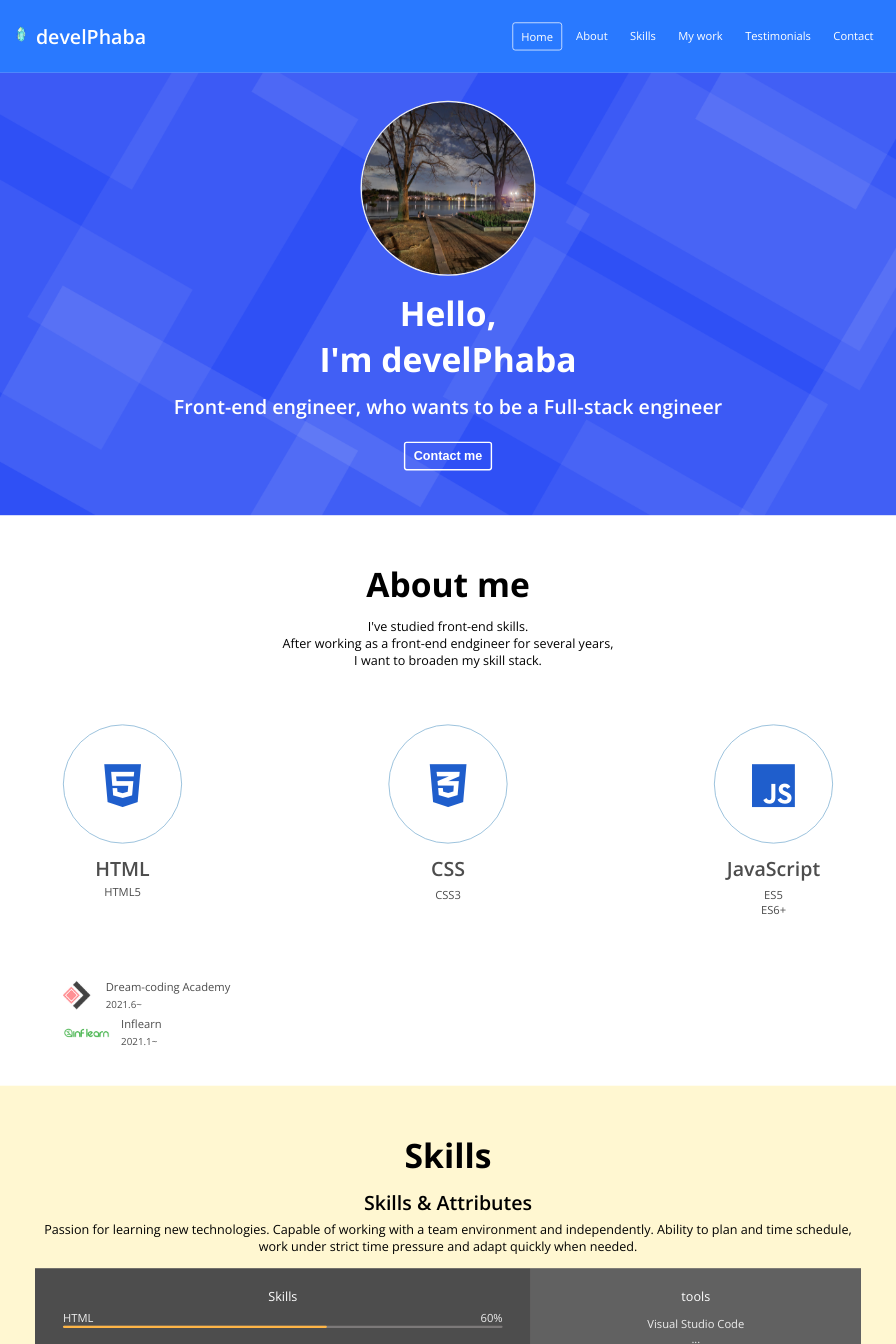
Repository: delphkim/portfolio
Page: index.html
These files come from the project's save history. The page is drawn as it stood at one moment and after the next save; the edit follows.
The browser window is 1280 px wide. The pictures show the part of the page from y = 0 to 1920 px (the page is 4158 px tall), at 70% of full size.
Some web libraries are served in a nearby version.

Above is the page before, as saved 2021-08-04 19:22:58.

### index.html
<!DOCTYPE html>
<html lang="en">
  <head>
    <meta charset="UTF-8" />
    <meta http-equiv="X-UA-Compatible" content="IE=edge" />
    <meta name="viewport" content="width=device-width, initial-scale=1.0" />
    <title>DevelPhaba's Portfolio</title>
    <meta name="description" content="Portfolio for world-reknowned software engineer develPhaba"/>
    <meta name="author" content="develPhaba" />
    <link rel="icon" type="img/png" href="./imgs/favicon.png">
    <script src="https://kit.fontawesome.com/d2b892ca94.js" crossorigin="anonymous"></script>
    <link rel="preconnect" href="https://fonts.googleapis.com" />
    <link rel="preconnect" href="https://fonts.gstatic.com" crossorigin />
    <link href="https://fonts.googleapis.com/css2?family=Open+Sans:wght@400;600;700&display=swap" rel="stylesheet"/>
    <!-- CSS rules to specify families -->
    <!-- 1. font-family: 'Open Sans', sans-serif;  -->
    <link rel="stylesheet" href="./style.css">
    <script src="./main.js" defer></script>
  </head>
  <body>
    <!-- Navbar -->
    <nav id="navbar">
      <div class="navbar__logo">
        <img class="navbar__icon" src="./imgs/favicon.png" alt="logo">
        <a href="#">develPhaba</a>
      </div>

        <ul class="navbar__menu">
          <li class="navbar__menu__item active">Home</li>
          <li class="navbar__menu__item">About</li>
          <li class="navbar__menu__item">Skills</li>
          <li class="navbar__menu__item">My work</li>
          <li class="navbar__menu__item">Testimonials</li>
          <li class="navbar__menu__item">Contact</li>
        </ul>

    </nav>
    <!-- Home -->
    <section id="home">
      <img src="./imgs/home.jpg"
           alt="develPhabas' profile photo"
           class="home__avatar">
           <h1 class="home__title">Hello, <br>I'm develPhaba</br></h1>
           <h2 class="home__description">Front-end engineer, who wants to be a Full-stack engineer </h2>
           <button class="home__contact">Contact me</button>
    </section>
    <!-- About -->
    <section id="about" class="section section__container">
      <h1>About me</h1>
      <p>I've studied front-end skills.
        <br>After working as a front-end endgineer for several years,
        <br>I want to broaden my skill stack.
      </p>
      <div class="about__majors">
        <div class="major">
          <div class="major__icon">
            <i class="fab fa-html5"></i>
          </div>
          <h2 class="major__title">HTML</>
          <p class="major__description">HTML5</p>
        </div>
        <div class="major">
            <div class="major__icon">
              <i class="fab fa-css3-alt"></i>
            </div>
            <h2 class="major__title">CSS</h2>
            <p class="major__description">CSS3</p>
        </div>
        <div class="major">
          <div class="major__icon">
            <i class="fab fa-js"></i>
          </div>
          <h2 class="major__title">JavaScript</h2>
          <p class="major__description">ES5<br>ES6+</p>
        </div>
      </div>
      <div class="about__schools">
        <div class="school">
          <img src="./imgs/schools/dream-coding.png" alt="dream-coding" class="school__logo">
          <div class="school__description">
             <p class="school__title">Dream-coding Academy</p>
             <p class="school__years">2021.6~</p>
          </div>
        </div>
        <div class="school">
          <img src="./imgs/schools/inflearn.png" alt="inflearn" class="school__logo">
          <div class="school__description">
             <p class="school__title">Inflearn</p>
             <p class="school__years">2021.1~</p>
          </div>
        </div>
      </div>

    </section>
    <!-- Skills -->
     <section id="skills" class="section">
       <div class="section__container">
           <h1>Skills</h1>
  <h2>Skills & Attributes</h2>
  <p>
    Passion for learning new technologies. Capable of working with a team environment
    and independently. Ability to plan and time schedule, work under
    strict time pressure and adapt quickly when needed.
  </p>
  <div class="skillset">
    <div class="skillset__left">
      <h3 class="skillset__title">Skills</h3>
      <div class="skill">
        <div class="skill__description">
          <span>HTML</span>
          <span>60%</span>
        </div>
        <div class="skill__bar">
          <div class="skill__value" style="width: 60%"></div>
        </div>
      </div>
      <div class="skill">
        <div class="skill__description">
          <span>CSS</span>
          <span>65%</span>
        </div>
        <div class="skill__bar">
          <div class="skill__value" style="width: 65%"></div>
        </div>
      </div>
      <div class="skill">
        <div class="skill__description">
          <span>JavaScript</span>
          <span>70%</span>
        </div>
        <div class="skill__bar">
          <div class="skill__value" style="width: 70%"></div>
        </div>
      </div>
    </div>
    <div class="skillset__right">
      <div class="tools">
        <h3 class="skillset__title">tools</h3>
        <ul class="tools__list">
          <li><span>Visual Studio Code</span></li>
          <li><span>...</span></li>
          <li><span>...</span></li>
          <li><span>...</span></li>
          <li><span>...</span></li>
        </ul>
      </div>
      <div class="etc">
        <h3 class="skillset__title">etc</h3>
        <ul class="ect__list">
          <li><span>Git</span></li>
          <li><span>Github</span></li>
          <li><span>...</span></li>
        </ul>
      </div>
    </div>
  </div>
       </div>
    </section>
   <!-- Work -->
    <section id="work" class="section">
      <div class="section__container">
         <h1>My work</h1>
 <h3>Projects</h3>
 <div class="work__categories">
   <button class="category__btn">All <span class="category__count">8</span></button>
   <button class="category__btn">Vanilla JS <span class="category__count">3</span></button>
   <button class="category__btn">React <span class="category__count">3</span></button>
   <button class="category__btn">Backend <span class="category__count">2</span></button>
 </div>
 <div class="work__projects">
   <a href="https://github.com/develPhaba/test"
      class="project"
      target="blank">
      <img class="project__img" src="./imgs/projects/1.jpg" alt="one">
      <div class="project__description">
        <h3>first project</h3>
        <span>Clone coding with HTML and CSS</span>
      </div>
   </a>
   <a href="https://github.com/develPhaba/test"
      class="project"
      target="blank">
      <img class="project__img" src="./imgs/projects/2.jpg" alt="two">
      <div class="project__description">
       <h3>Second project</h3>
       <span>Clone coding with HTML, CSS and JavaScript</span>
     </div>
   </a>
   <a href="https://github.com/develPhaba/test"
      class="project"
      target="blank">
      <img class="project__img" src="./imgs/projects/3.jpg" alt="three">
      <div class="project__description">
       <h3>third project</h3>
       <span>Clone coding with HTML,CSS and JavaScript</span>
      </div>
   </a>
   <a href="https://github.com/develPhaba/test"
      class="project"
      target="blank">
     <img class="project__img" src="./imgs/projects/4.jpg" alt="four">
     <div class="project__description">
       <h3>fourth project</h3>
       <span>Clone coding,Front-end with React</span>
     </div>
   </a>
   <a href="https://github.com/develPhaba/test"
      class="project"
      target="blank">
     <img class="project__img" src="./imgs/projects/5.jpg" alt="five">
     <div class="project__description">
       <h3>fifth project</h3>
       <span>Clone coding,Front-end with React</span>
     </div>
   </a>
   <a href="https://github.com/develPhaba/test"
      class="project"
      target="blank">
     <img class="project__img" src="./imgs/projects/6.jpg" alt="six">
     <div class="project__description">
       <h3>sixth project</h3>
       <span>Clone coding,Front-end with React</span>
     </div>
   </a>
   <a href="https://github.com/develPhaba/test"
      class="project"
      target="blank">
      <img class="project__img" src="./imgs/projects/7.jpg" alt="seven">
      <div class="project__description">
       <h3>seventh project</h3>
       <span>Clone coding, Back-end with Node.js</span>
      </div>
   </a>
   <a href="https://github.com/develPhaba/test"
      class="project"
      target="blank">
      <img class="project__img" src="./imgs/projects/8.jpg" alt="eight">
      <div class="project__description">
       <h3>eighth project</h3>
       <span>Clone coding, Back-end with Node.js</span>
      </div>
   </a>
 </div>
      </div>
    </section>
    <!-- Testimonials -->
    <section id="testimonials" class="section">
      <div class="section__container">
         <h1>Testimonials</h1>
 <h3>See what they say about me</h3>
 <div class="testimonials">
   <div class="testimonial">
     <img src="./imgs/testimonial/people1.jpg"
          alt="people"
          class="testimonial__avatar">
          <div class="testimonial__speech-bubble">
            <p>Lorem ipsum dolor sit amet consectetur adipisicing elit. Magnam, vitae.
              Dolores sit in amet quos. Alias maiores accusantium dolore error illo eligendi,
              vel sint aperiam nemo soluta debitis deserunt voluptas.</p>
              <p class="name"><a href="https://github.com/develPhaba/test">TestName</a>/Test company</p>
          </div>
   </div>
   <div class="testimonial">
     <img src="./imgs/testimonial/people2.jpg"
          alt="people"
          class="testimonial__avatar">
          <div class="testimonial__speech-bubble">
           <p>Lorem ipsum dolor sit amet consectetur adipisicing elit. Magnam, vitae.
             Dolores sit in amet quos. Alias maiores accusantium dolore error illo eligendi,
             vel sint aperiam nemo soluta debitis deserunt voluptas.</p>
           <p class="name"><a href="https://github.com/develPhaba/test">TestName2</a>/Test company2</p>
         </div>
   </div>
 </div>
      </div>
    </section>
    <!-- Contact -->
    <section id="contact" class="section">
      <h1 class="contact__title">Let's talk</h1>
      <h2 class="contact__email">hgkim9201@gmail.com</h2>
      <div class="contact__links">
      <a href="https://github.com/develPhaba">
        <i class="fa fa-github"></i>
      </a>
      <a href="">
      <i class="fa fa-linkedin-square"></i>
      </a>
      </div>
      <p class="contact__rights">Dreaming-coding Ellie -All rights reserved</p>
    </section>
  </body>
</html>

### style.css
:root {
  /* Color */
  --color-white: #ffffff;
  --color-light-white: #eeeeee;
  --color-dark-white: #bdbdbd;
  --color-pink: #fe918d;
  --color-dark-pink: #ff6863;
  --color-dark-grey: #4d4d4d;
  --color-grey: #616161;
  --color-light-grey: #7c7979;
  --color-blue: #73aace;
  --color-yellow: #fff7d1;
  --color-orange: #feb546;
  --color-black: #000000;
  --color-green: #80deea;
  --color-dark-green: #17b0bb;
  --color-sky-blue: #2979ff;
  --color-dark-blue: rgb(31, 94, 204);
  /* Font size */
  --font-large: 48px;
  --font-medium: 28px;
  --font-regular: 18px;
  --font-small: 16px;
  --font-micro: 14px;
  /* Font weight */
  --weight-bold: 700;
  --weight-semi-bold: 600;
  --weight-regular: 400;
  /* Size */
  --size-border-radius: 4px;
  /*Animation*/
  --animation-duration: 300ms;
}
/* Universal tags */
* {
  box-sizing: border-box;
}
body {
  font-family: "Open Sans", sans-serif;
  margin: 0;
  cursor: default;
}
a {
  text-decoration: none;
  color: var(--color-white);
}
ul {
  list-style: none;
  padding-left: 0;
}
h1 {
  font-size: var(--font-large);
  font-weight: var(--weight-bold);
  color: var(--color-black);
  margin: 16px 0;
}
h2 {
  font-size: var(--font-medium);
  font-weight: var(--weight-semi-bold);
  color: var(--color-black);
  margin: 8px 0;
}
h3 {
  font-size: var(--font-regular);
  font-weight: var(--weight-regular);
  color: var(--color-black);
  margin: 8px 0;
}
p {
  font-size: var(--font-regular);
  font-weight: var(--weight-regular);
  color: var(--color-black);
  margin: 4px 0;
}
button {
  background-color: transparent;
  cursor: pointer;
  border: none;
  outline: none;
}
/* Navbar */
#navbar {
  display: flex;
  justify-content: space-between;
  background-color: var(--color-sky-blue);
  align-items: center;
  color: var(--color-white);
  padding: 16px;
}
.navbar__logo {
  font-size: var(--font-medium);
  font-weight: var(--weight-semi-bold);
}
.navbar__icon {
  width: var(--font-medium);
  height: var(--font-medium);
}
.navbar__menu {
  display: flex;
}
.navbar__menu__item {
  padding: 8px 12px;
  margin: 0 4px;
  cursor: pointer;
  border-radius: var(--size-border-radius);
}
.navbar__menu__item:hover {
  background-color: var(--color-dark-blue);
}
.navbar__menu__item.active {
  border: 1px solid var(--color-white);
}
/*Home*/
#home {
  background: url(./imgs/homepage-background.png) center/cover no-repeat;
  padding: 40px;
  text-align: center;
}
.home__avatar {
  width: 250px;
  height: 250px;
  border-radius: 50%;
  border: 2px solid var(--color-light-white);
}
.home__title,
.home__description {
  color: var(--color-white);
}
.home__contact {
  color: var(--color-white);
  font-size: var(--font-regular);
  font-weight: var(--weight-bold);
  margin: 24px;
  padding: 8px 12px;
  border: 2px solid var(--color-white);
  border-radius: var(--size-border-radius);
}
/* Section common */
.section {
  text-align: center;
  padding: 50px;
  margin: auto;
}
.section__container {
  max-width: 1200px;
  margin: auto;
}
/* About me */
.about__majors {
  display: flex;
  justify-content: space-between;
  margin: 80px 0;
}
.major__icon {
  color: var(--color-dark-blue);
  font-size: 70px;
  width: 170px;
  height: 170px;
  line-height: 170px;
  margin: auto;
  border: 1px solid var(--color-blue);
  border-radius: 50%;
  margin-bottom: 16px;
}
.major__title,
.major__description {
  color: var(--color-dark-grey);
}
.major__description {
  font-size: var(--font-small);
}
.major__icon i {
  transition: all var(--animation-duration) ease;
}
.major__icon:hover i {
  transform: rotate(-30deg) scale(1.1);
  color: var(--color-dark-pink);
}
.school {
  display: flex;
  align-items: center;
}
.school__description {
  margin: 0 16px;
  text-align: left;
}
.school__title,
.school__years {
  color: var(--color-dark-grey);
}

.school__title {
  font-size: var(--font-small);
}
.school__years {
  font-size: var(--font-micro);
}
/* Skills */
#skills {
  background-color: var(--color-yellow);
}
.skillset {
  display: flex;
  background-color: var(--color-light-grey);
  color: var(--color-light-white);
  margin: 20px 0;
}
.skillset__title {
  color: var(--color-white);
}
.skillset__left {
  flex-basis: 60%;
  background-color: var(--color-dark-grey);
  padding: 20px 40px;
}
.skill__description {
  display: flex;
  justify-content: space-between;
}
.skillset__right {
  flex-basis: 40%;
}
.skill {
  margin-bottom: 32px;
}
.skill__bar {
  width: 100%;
  height: 3px;
  background-color: var(--color-light-grey);
  border-radius: var(--size-border-radius);
}
.skill__value {
  height: 3px;
  background-color: var(--color-orange);
  border-radius: var(--size-border-radius);
}
.tools {
  background-color: var(--color-grey);
}

.tools,
.etc {
  padding: 20px;
}

/* Work */
.work__categories {
  margin: 40px;
}
.category__btn {
  border: 1px solid var(--color-light-white);
  border-radius: var(--size-border-radius);
  font-size: var(--font-regular);
  padding: 8px 48px;
}
.category__btn.active,
.category__btn:hover {
  background-color: var(--color-sky-blue);
  color: var(--color-white);
}
.category__btn.active .category__count,
.category__btn:hover .category__count {
  opacity: 1;
  top: 0;
}
.category__count {
  border-radius: 50%;
  background-color: var(--color-dark-green);
  color: var(--color-white);
  width: 24px;
  height: 24px;
  display: inline-block;
  line-height: 24px;
  position: relative;
  top: -20px;
  left: 4px;
  opacity: 0;
  transition: all var(--animation-duration) ease-in;
}

.work__projects {
  display: flex;
  flex-wrap: wrap;
  justify-content: center;
}
.project {
  width: 200px;
  height: 250px;
  margin: 2px;
  background-color: var(--color-light-white);
  position: relative;
  display: flex;
  justify-content: center;
  align-items: center;
}

.project__img {
  max-width: 100%;
  max-height: 100%;
}
.project__description {
  position: absolute;
  top: 0;
  left: 0;
  background-color: var(--color-black);
  width: 100%;
  height: 100%;
  display: flex;
  flex-direction: column;
  justify-content: center;
  transition: all var(--animation-duration) ease-in;
  opacity: 0;
  transform: translateY(-10px);
}
.project:hover .project__description {
  opacity: 0.8;
  transform: translateY(0);
}

.project__description h3 {
  color: var(--color-white);
}
.project__description h3:after {
  content: "";
  width: 24px;
  height: 2px;
  background-color: var(--color-dark-white);
  display: block;
  position: relative;
  left: 50%;
  margin-left: -12px;
  margin-top: 8px;
}
/* Testimonials */
#testimonials {
  background-color: var(--color-light-white);
}
.testimonials {
  margin: 40px;
}
.testimonials :nth-child(2) {
  flex-direction: row-reverse;
}
.testimonial:nth-child(odd) .testimonial__avatar {
  margin-right: 32px;
}
.testimonial:nth-child(even) .testimonial__avatar {
  margin-left: 32px;
}
.testimonial {
  margin: 32px 0;
  display: flex;
}
.testimonial__avatar {
  width: 150px;
  height: 150px;
  border-radius: 50%;
}
.testimonial__speech-bubble {
  background-color: var(--color-white);
  padding: 18px;
  border-radius: var(--size-border-radius);
}
.testimonial__speech-bubble p {
  color: var(--color-light-grey);
}
.testimonial__speech-bubble a {
  color: var(--color-dark-blue);
}
/* Contact */
#contact {
  background-color: var(--color-sky-blue);
}

.contact__title,
.contact__email,
.contact__rights {
  color: var(--color-white);
}

.contact__title {
  margin: 32px 0;
}
.contact__email {
  font-size: --font-;
}

.contact__links {
  font-size: var(--font-large);
  margin: 24px 0;
}
.contact__links a:hover i {
  transform: scale(1.2);
  color: var(--color-pink);
}

.contact__links i {
  transition: all var(--animation-duration) ease-in;
}

Loaded but not shown: main.js (no stored copy; drawn as an empty file)

After the next save:
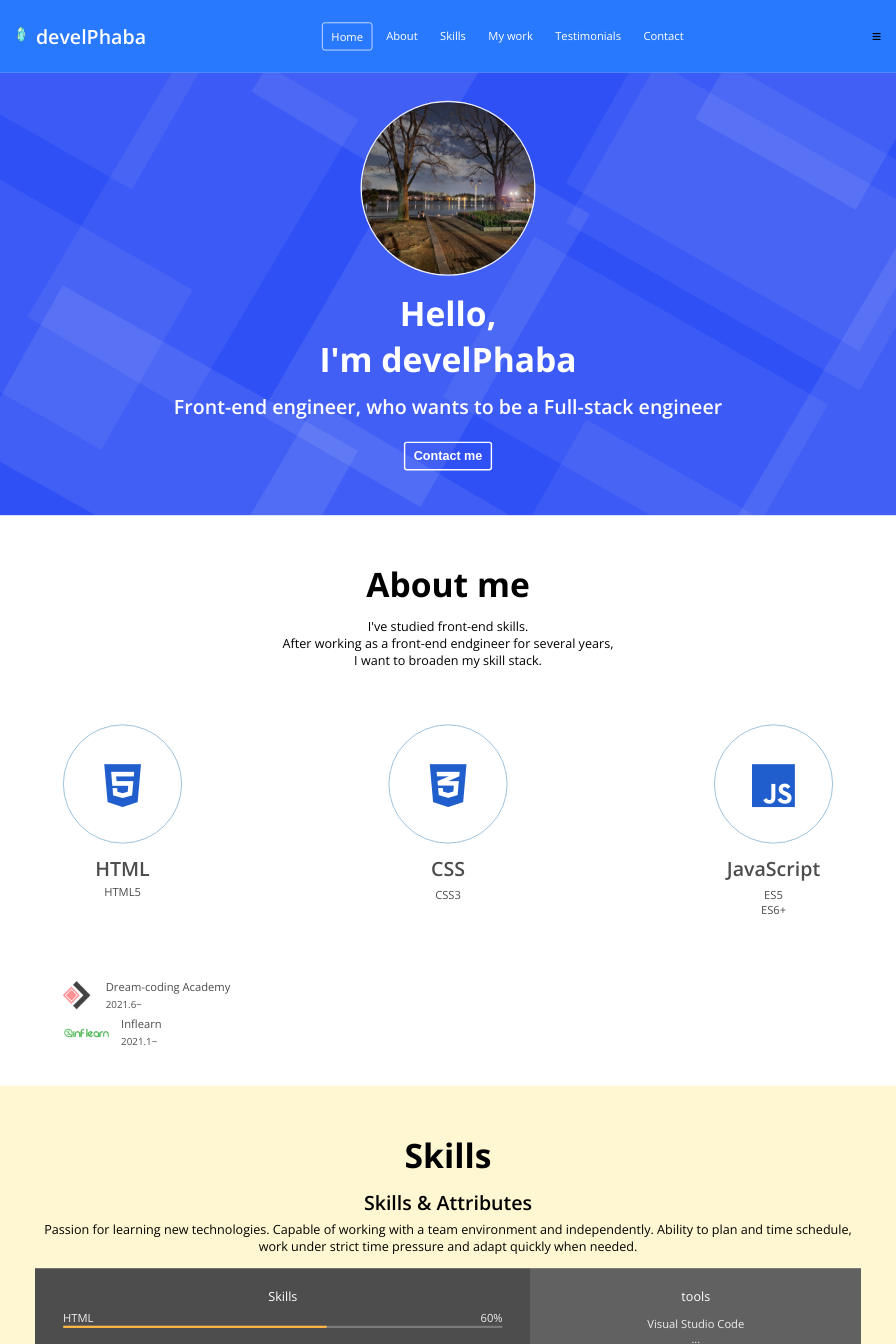
Saved 12 min 38 s later.
--- a/index.html
+++ b/index.html
@@ -33,7 +33,10 @@
           <li class="navbar__menu__item">Testimonials</li>
           <li class="navbar__menu__item">Contact</li>
         </ul>
-
+    <!-- Toggle button -->
+        <button class="navbar__toggle-btn">
+          <i class="fas fa-bars"></i>
+        </button>
     </nav>
     <!-- Home -->
     <section id="home">

After the save that followed:
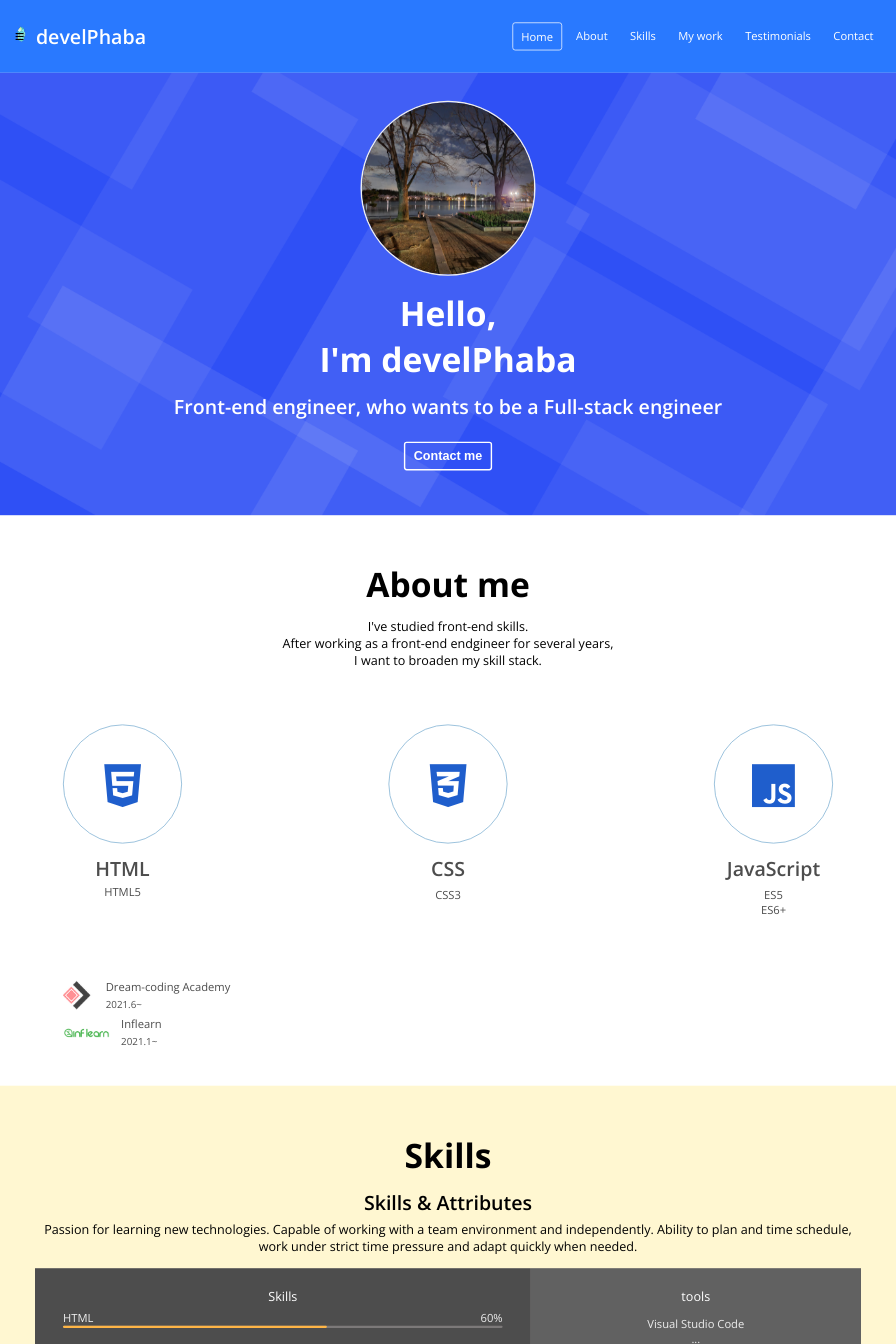
Saved 7 min 43 s later.
--- a/style.css
+++ b/style.css
@@ -110,6 +110,9 @@
 .navbar__menu__item.active {
   border: 1px solid var(--color-white);
 }
+.navbar__toggle-btn {
+  position: absolute;
+}
 /*Home*/
 #home {
   background: url(./imgs/homepage-background.png) center/cover no-repeat;
@@ -397,3 +400,5 @@
 .contact__links i {
   transition: all var(--animation-duration) ease-in;
 }
+
+/* For below 768px screen width */
